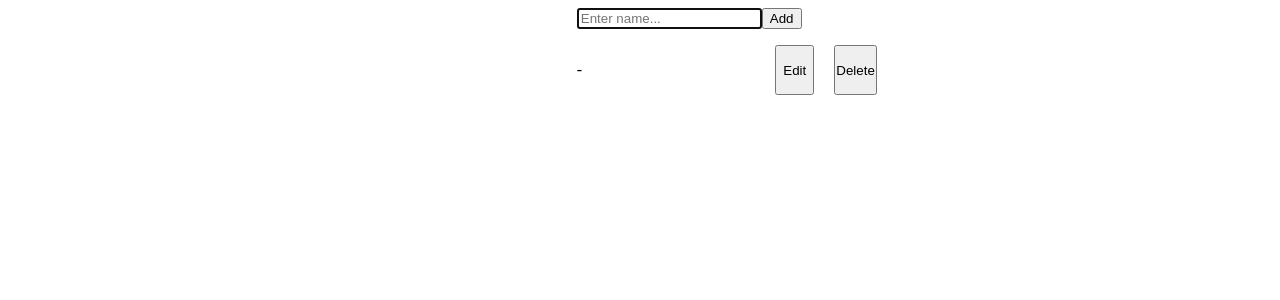
Repository: dohuuxuyen/redux-todolist
Page: /, after clicking the first element matching `button`
The author's editor kept a copy of each file at every save. The page is drawn from the files as they stood at one save, then again after the next save.
The browser window is 1280 px wide. The pictures show the whole page.
The project was rebuilt for these pictures with package versions that can differ from the ones it lists, and the page was loaded fresh each time. Also part of the build but not shown: src/App.css.

Above is the page before, as saved 2022-04-30 14:00:04.

After the next save:
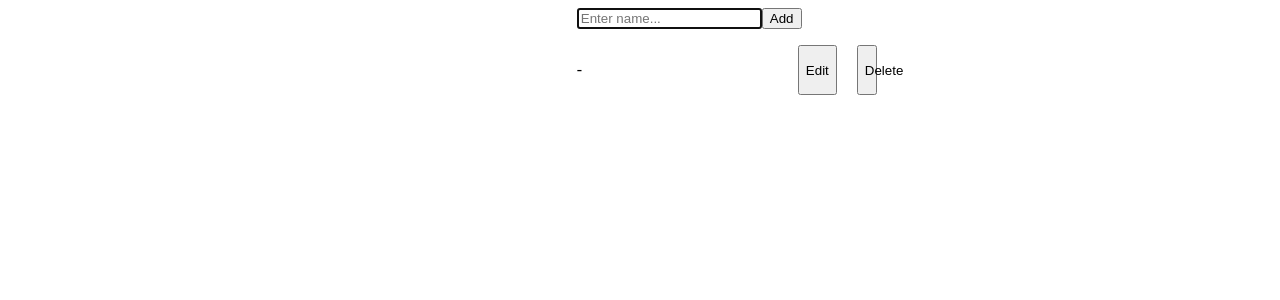
Saved 36 s later.
--- a/src/components/Todos/Todos.jsx
+++ b/src/components/Todos/Todos.jsx
@@ -42,7 +42,7 @@ const Todos = () => {
               Edit
             </button>
             <button
-              style={{ marginLeft: "20px", padding: "0" }}
+              style={{ marginLeft: "20px", width: "20px" }}
               onClick={() => handleDelete(index)}
             >
               Delete
